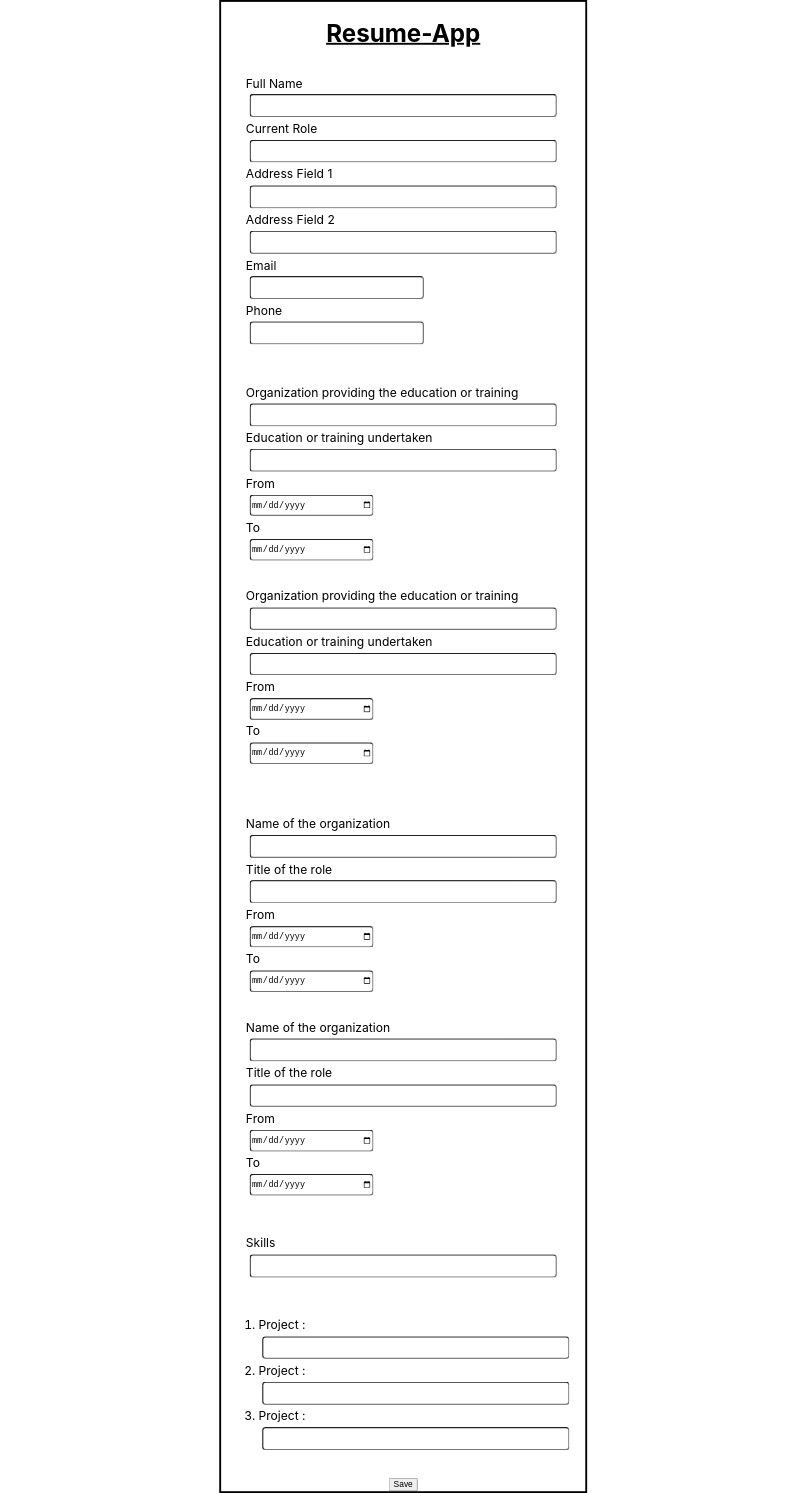
Repository: 0101chaitanya/resume-app
Page: /
The author's editor kept a copy of each file at every save. The page is drawn from the files as they stood at one save, then again after the next save.
The browser window is 1280 px wide. The pictures show the whole page, at 63% of full size.
The project was rebuilt for these pictures with package versions that can differ from the ones it lists, and the page was loaded fresh each time.

Above is the page before, as saved 2021-07-28 15:56:04.

After the next save:
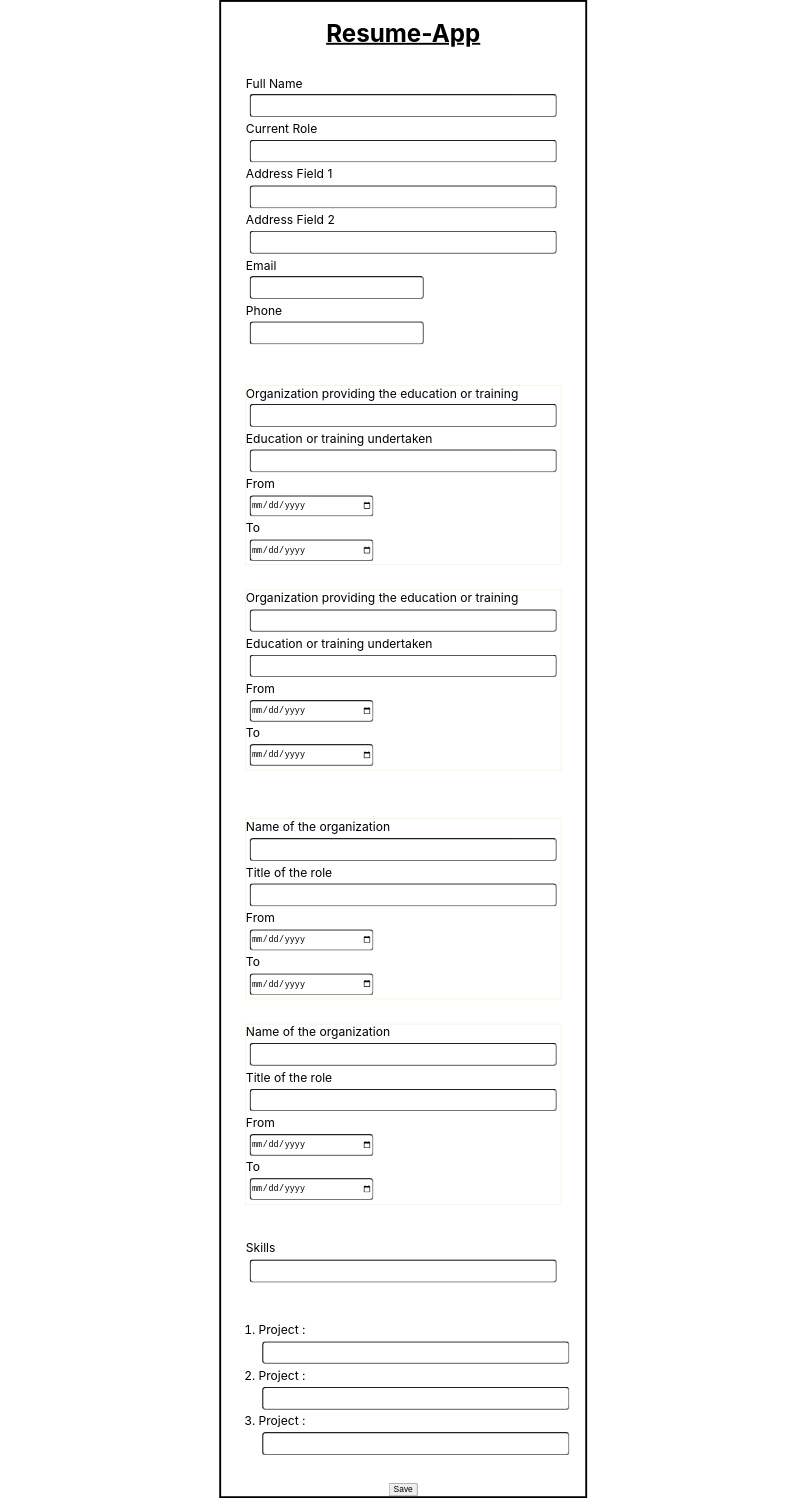
Saved 21 s later.
--- a/src/App.css
+++ b/src/App.css
@@ -44,6 +44,7 @@ input[type="date"] {
 .job1,
 .job2 {
   margin: 1rem;
+  border: 1px solid blanchedalmond;
 }
 .section {
   margin: 1rem;
